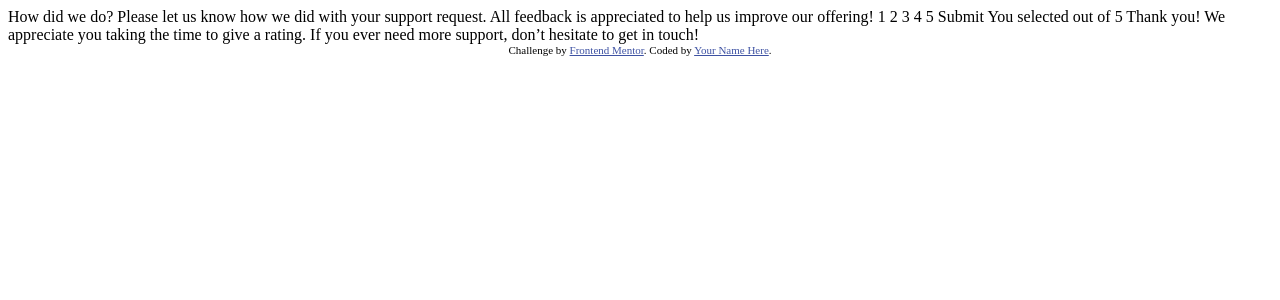
Repository: superZXMzzl/FrontendMentor
Page: interactive-rating-component-main/index.html
An editor plug-in stored every save of this project. The page is shown before and after the next save, followed by the edit.
The browser window is 1280 px wide. The pictures show the whole page.

Above is the page before, as saved 2022-05-11 14:11:39.

### interactive-rating-component-main/index.html
<!DOCTYPE html>
<html lang="en">
<head>
  <meta charset="UTF-8">
  <meta name="viewport" content="width=device-width, initial-scale=1.0"> <!-- displays site properly based on user's device -->

  <link rel="icon" type="image/png" sizes="32x32" href="./images/favicon-32x32.png">

  <title>Frontend Mentor | Interactive rating component</title>

  <!-- Feel free to remove these styles or customise in your own stylesheet 👍 -->
  <style>
    .attribution { font-size: 11px; text-align: center; }
    .attribution a { color: hsl(228, 45%, 44%); }
  </style>
</head>
<body>

  <!-- Rating state start -->

  How did we do?

  Please let us know how we did with your support request. All feedback is appreciated
  to help us improve our offering!

  1 2 3 4 5

  Submit

  <!-- Rating state end -->

  <!-- Thank you state start -->

  You selected <!-- Add rating here --> out of 5

  Thank you!

  We appreciate you taking the time to give a rating. If you ever need more support,
  don’t hesitate to get in touch!

  <!-- Thank you state end -->


  <div class="attribution">
    Challenge by <a href="https://www.frontendmentor.io?ref=challenge" target="_blank">Frontend Mentor</a>.
    Coded by <a href="#">Your Name Here</a>.
  </div>
</body>
</html>

After the next save:
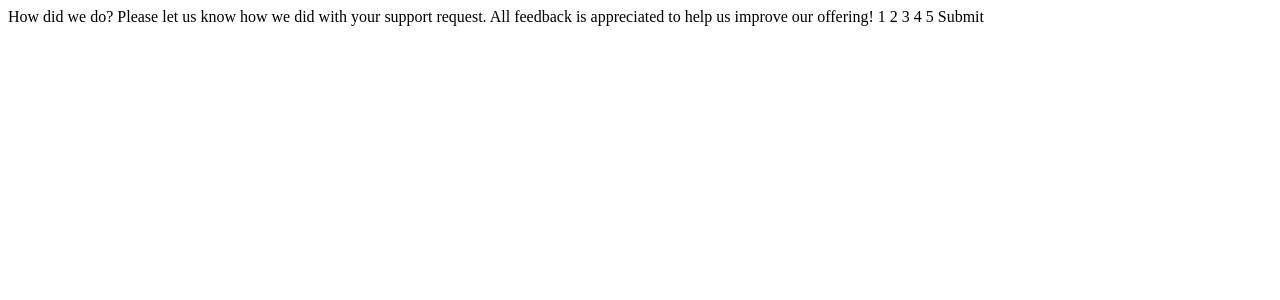
Saved 43 s later.
--- a/interactive-rating-component-main/index.html
+++ b/interactive-rating-component-main/index.html
@@ -29,21 +29,5 @@
 
   <!-- Rating state end -->
 
-  <!-- Thank you state start -->
-
-  You selected <!-- Add rating here --> out of 5
-
-  Thank you!
-
-  We appreciate you taking the time to give a rating. If you ever need more support,
-  don’t hesitate to get in touch!
-
-  <!-- Thank you state end -->
-
-
-  <div class="attribution">
-    Challenge by <a href="https://www.frontendmentor.io?ref=challenge" target="_blank">Frontend Mentor</a>.
-    Coded by <a href="#">Your Name Here</a>.
-  </div>
 </body>
 </html>
